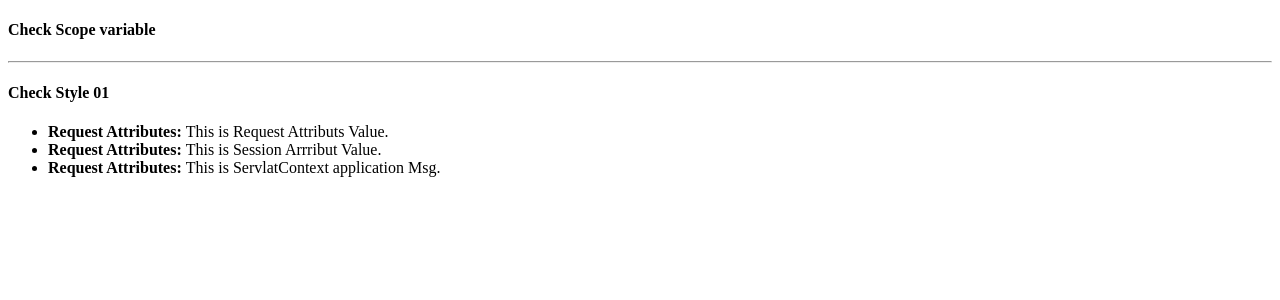
Repository: imrangthub/BlogUsingCoreJava
Page: http://localhost/StartingJsp_00/scopeVarCheck
The author's editor kept a copy of each file at every save. The page is drawn from the files as they stood at one save, then again after the next save.
The browser window is 1280 px wide. The pictures show the whole page.
The page is served by Tomcat 9.

Above is the page before, as saved 2016-12-25 14:07:02.

After the next save:
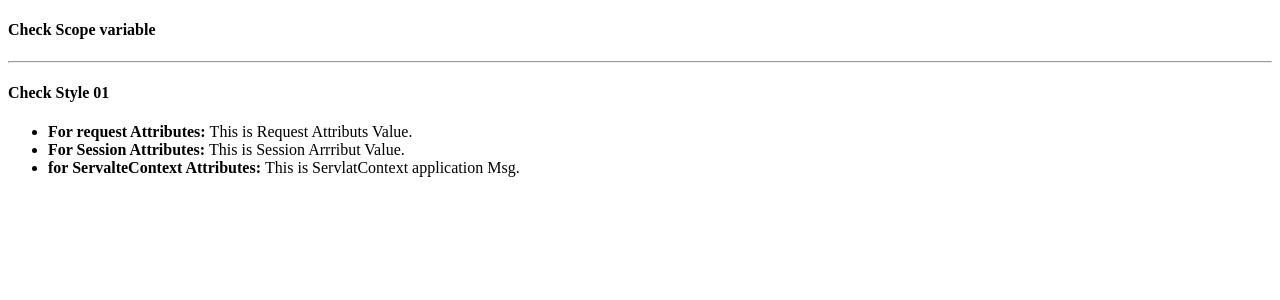
Saved 53 s later.
--- a/StartingJsp_00/WebContent/ExpressionLanguageOfJsp/scopeVarCheck1.jsp
+++ b/StartingJsp_00/WebContent/ExpressionLanguageOfJsp/scopeVarCheck1.jsp
@@ -11,9 +11,9 @@
 <hr/>
 <h4>Check Style 01</h4>
 <ul>
-<li><b>Request Attributes: </b> ${ att1 } </li>
-<li><b>Request Attributes: </b> ${ att2 } </li>
-<li><b>Request Attributes: </b> ${ att3 } </li>
+<li><b>For request Attributes: </b> ${ att1 } </li>
+<li><b>For Session Attributes: </b> ${ att2 } </li>
+<li><b>for ServalteContext Attributes: </b> ${ att3 } </li>
 </ul>
 
 
